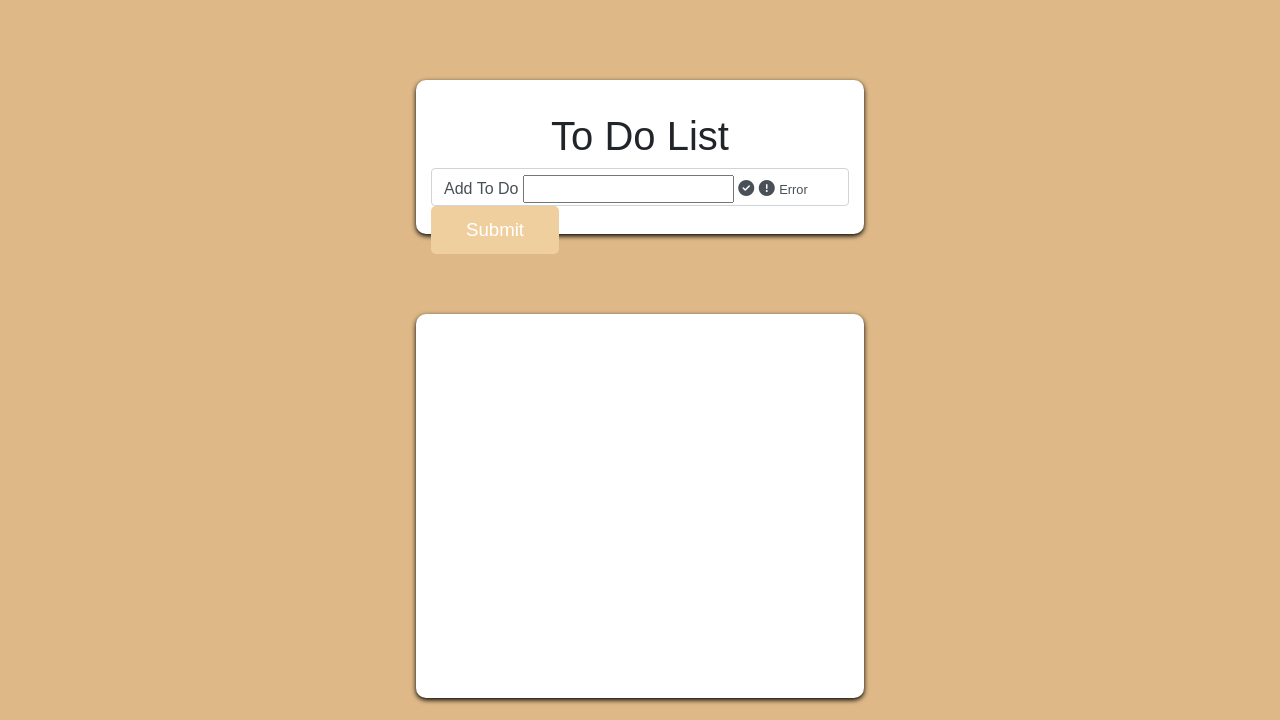
Repository: skepp4rn/todolist
Page: index.html
An editor plug-in stored every save of this project. The page is shown before and after the next save, followed by the edit.
The browser window is 1280 px wide. The pictures show the whole page.
The page's requests for data from a server got no answer. Some web libraries are served in a nearby version.

Above is the page before, as saved 2021-01-28 11:44:00.

### index.html
<!DOCTYPE html>
<html lang="sv">
<head>
    <meta charset="UTF-8">
    <meta name="viewport" content="width=device-width, initial-scale=1.0">

    <script src="https://kit.fontawesome.com/ef4c0722a8.js" crossorigin="anonymous"></script>
    <link rel="stylesheet" href="https://cdn.jsdelivr.net/npm/bootstrap@4.5.3/dist/css/bootstrap.min.css" integrity="sha384-TX8t27EcRE3e/ihU7zmQxVncDAy5uIKz4rEkgIXeMed4M0jlfIDPvg6uqKI2xXr2" crossorigin="anonymous">
    <link rel="stylesheet" href="css/style.css">

    <title>To Do List</title>
</head>
<body>
    <div class="container">
        <div id="header">
            <h1>To Do List</h1>
        </div>

        <form class="form" id="form">
            <div class="form-control">
                <label>Add To Do</label>
                <input type="text" id="addToDo">
                <i class="fas fa-check-circle"></i>
                <i class="fas fa-exclamation-circle"></i>
                <small>Error message</small>
            </div>

            <button id="btn">Submit</button>
        </form>
    </div>

    <div class="container2">
        <div id="list"></div>
    </div>

    <script src="https://code.jquery.com/jquery-3.5.1.slim.min.js" integrity="sha384-DfXdz2htPH0lsSSs5nCTpuj/zy4C+OGpamoFVy38MVBnE+IbbVYUew+OrCXaRkfj" crossorigin="anonymous"></script>
    <script src="https://cdn.jsdelivr.net/npm/bootstrap@4.5.3/dist/js/bootstrap.bundle.min.js" integrity="sha384-ho+j7jyWK8fNQe+A12Hb8AhRq26LrZ/JpcUGGOn+Y7RsweNrtN/tE3MoK7ZeZDyx" crossorigin="anonymous"></script>
    <script src="https://cdnjs.cloudflare.com/ajax/libs/uuid/8.1.0/uuidv4.min.js"></script>
    <script src="script.js"></script>
</body>

### css/style.css
*{
    box-sizing: border-box;
    margin: 0;
    padding: 0;
}

body {
    background-color: burlywood;
    font-family: Arial, Helvetica, sans-serif;
    display: grid;
    justify-content: center;
}

.container {
    width: 35vw;
    display: grid;
    justify-content: center;
    background-color: #ffffff;
    border-radius: 10px;
    margin-top: 5rem;
    padding-bottom: 2rem;
    height: 12vw;
    box-shadow: 0 2px 5px black;
}

.container2 {
    width: 35vw;
    display: grid;
    justify-content: center;
    background-color: #ffffff;
    border-radius: 10px;
    margin-top: 5rem;
    padding-bottom: 2rem;
    height: 30vw;
    overflow-y: auto;
    box-shadow: 0 2px 5px black;
}

#header {
    margin-top: 2rem;
    text-align: center;
}

#btn {
    border: none;
    border-radius: 5px;
    padding: 0.5rem;
    background-color: #f0cf9f;
    color: #ffffff;
    font-size: 14pt;
    width: 8rem;
    height: 3rem;
    align-self: center;
}

.todobox {
    padding-top: 2rem;
    padding-bottom: 1rem;
    width: 32vw;
    display: grid;
    grid-template-columns: 5fr 1fr;
}

.knappar {
    display: grid;
    gap: 2rem;
}

.todoinput {
    display: flex;
    align-items: center;
}

.fa-trash {
    padding: 0.5rem;
    border: none;
    border-radius: 5px;
    color: #ffffff;
    background-color: red;
    width: 5rem;
}

.fa-undo {
    padding: 0.5rem;
    border: none;
    border-radius: 5px;
    color: #ffffff;
    background-color: #f0cf9f;
    width: 5rem;
}

.done {
    border: none;
    border-radius: 5px;
    padding: 0.5rem;
    background-color: #f0cf9f;
    color: #ffffff;
    font-family: inherit;
    font-size: 14pt;
    width: 5rem;
    height: 3rem;
}

### script.js
let ToDo = [];
let addToDos = document.getElementById('addToDo');
let form = document.getElementById('form');
let check = false;
let subbtn = document.getElementById('subbtn');
let list = document.querySelector('#list');
const fetchTodos = () => {
    fetch('https://jsonplaceholder.typicode.com/todos?_start20=&_limit=10')
    .then(res => res.json())
    .then(data => {
      ToDo = data;
      listelement(ToDo);
    })
}
fetchTodos();

const listelement = (ToDo) => {
    list.innerHTML = '';
    ToDo.forEach(todo => {
        list.innerHTML += newTodo(todo);
    })
    console.log(ToDo);
}

const newTodo = todo => {

    let template = todo.completed ? `
    <div id="${todo.id}" class="todoinput completed">
        <div class="todobox">
          <h3 class="title">${todo.title}</h3>
            <div class="knappar">
                <button class="fas fa-undo"></button>
                <button class="fas fa-trash"></button>
            </div>
        </div>
    </div>
    `
    : `
    <div id="${todo.id}" class="todoinput">
        <div class="todobox">
            <h3 class="title">${todo.title}</h3>
            <button class="done">Done</button>
        </div>
    </div>
    `
    return template
  }


  const createTodo = (title) => {

    fetch('https://jsonplaceholder.typicode.com/todos',{
      method: 'POST',
      headers: {
        'Content-type': 'application/json; charset=UTF-8'
      },
      body: JSON.stringify({
        title,
        completed: false
      })
    })
    .then(res => res.json())
    .then(data => {
        let _todo = {
            title: data.title,
            completed: data.completed,
            id: uuidv4()
        }
      console.log(data)
      ToDo.unshift(_todo);
      listelement(ToDo);
    })
}

form.addEventListener('submit', (e) => {
    e.preventDefault();

    checkInputs();

    if(check == true) {
        removeinput(addToDos);

        createTodo(addToDos.value)
        listelement(ToDo);

        addToDos.value = '';
    }
});

function checkInputs() {
    let addToDosValue = addToDos.value.trim();

    if(addToDosValue === ``) {
    setErrorFor(addToDos, `To Do cannot be blank`);

    } else {
        setSuccessFor(addToDos);
    }
}

function setErrorFor(input, message) {
    let formControl = input.parentElement;
    let small = formControl.querySelector('small');
    small.innerText = message;
    formControl.className = 'form-control error';
    check = false;
}

function setSuccessFor(input) {
    let formControl = input.parentElement;
    formControl.className = 'form-control success';
    check = true;
}

function removeinput(input) {
    let formControl = input.parentElement;
    formControl.className = 'form-control';
}

list.addEventListener('click', (e) => {
    if(e.target.classList.contains('done')) {
        complete(e.target.parentNode.parentNode.id)
    }
    else if(e.target.classList.contains('fa-undo')) {
        complete(e.target.parentNode.parentNode.parentNode.id)
    }
})

function complete(id) {
    ToDo.map(todo => {
        if(todo.id == id){
            todo.completed = !todo.completed
        }
        return todo
    })
    listelement(ToDo)
}

list.addEventListener('click', (e) => {

    if(e.target.classList.contains('fa-trash')) {
        ToDo = ToDo.filter(removetodo => removetodo.id != e.target.parentNode.parentNode.parentNode.id)
        listelement(ToDo)
    }
});

After the next save:
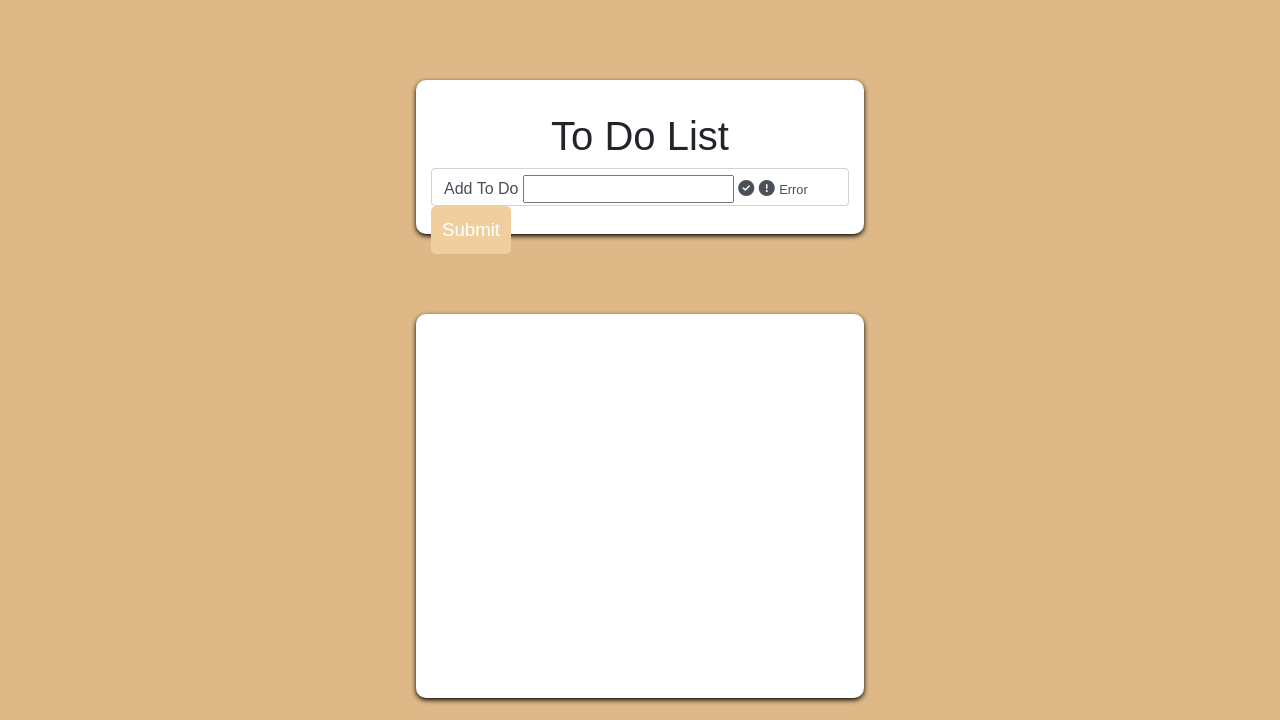
Saved 11 s later.
--- a/css/style.css
+++ b/css/style.css
@@ -48,7 +48,7 @@ body {
     background-color: #f0cf9f;
     color: #ffffff;
     font-size: 14pt;
-    width: 8rem;
+    width: 5rem;
     height: 3rem;
     align-self: center;
 }
